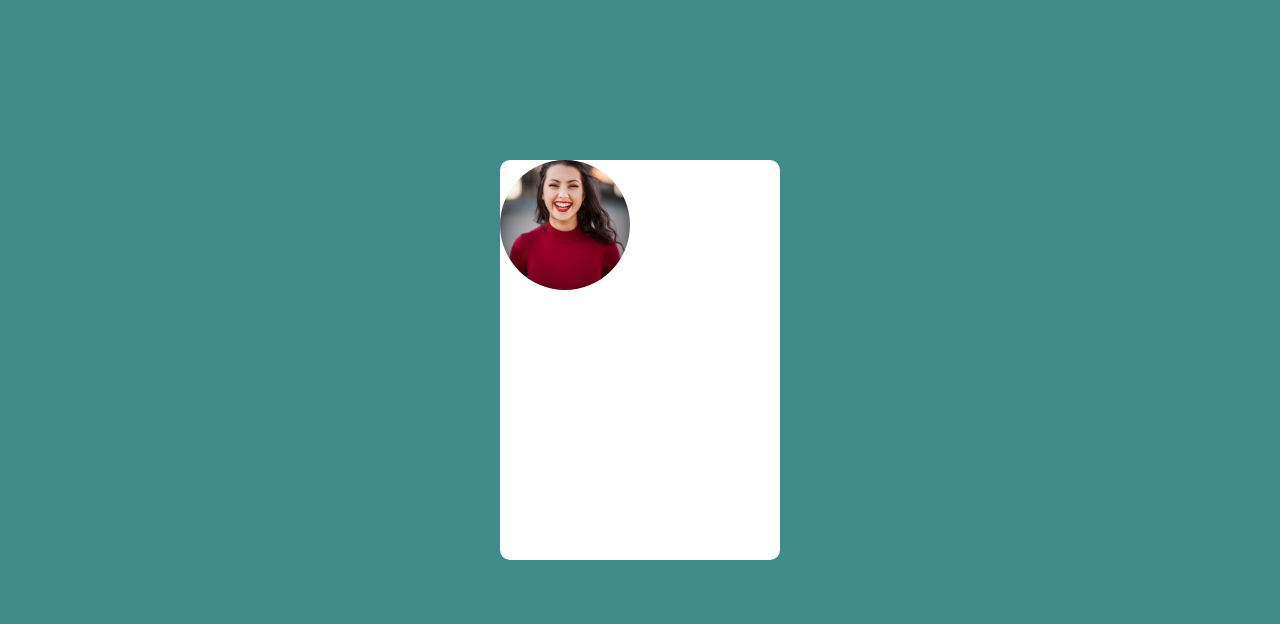
Repository: kiranjeetkaur01/instarequest.github.io
Page: index.html
The author's editor kept a copy of each file at every save. The page is drawn from the files as they stood at one save, then again after a run of saves.
The browser window is 1280 px wide. The pictures show the whole page.

Above is the page before, as saved 2023-09-12 19:34:16.

### index.html
<!DOCTYPE html>
<html lang="en">
<head>
    <meta charset="UTF-8">
    <meta name="viewport" content="width=device-width, initial-scale=1.0">
    <title>Insta Request Feature</title>
    <link rel="stylesheet" href="style.css">
</head>
<body>
    <div id="main">
        <div id="card">
            <img src="./photo-1494790108377-be9c29b29330.avif" alt="">
        </div>
    </div>

    <script src="script.js"></script>
</body>
</html>

### style.css
*{
    margin: 0;
    padding: 0;
    box-sizing: border-box;
}
html,body{
    height: 100%;
    width: 100%;
}
#main{
    height: 100%;
    width: 100%;
    background-color: rgb(62, 139, 139);
    display: flex;
    align-items: center;
    justify-content: center;
}
#card{
    height: 400px;
    width: 280px;
    background-color: #fff;
    border-radius: 10px;
}
#card img{
    height: 130px;
    width: 130px;
    object-fit: cover;
    border-radius: 50%;
}

Loaded but not shown: script.js (no copy from this time; the picture is the same without it)

After the next 2 saves:
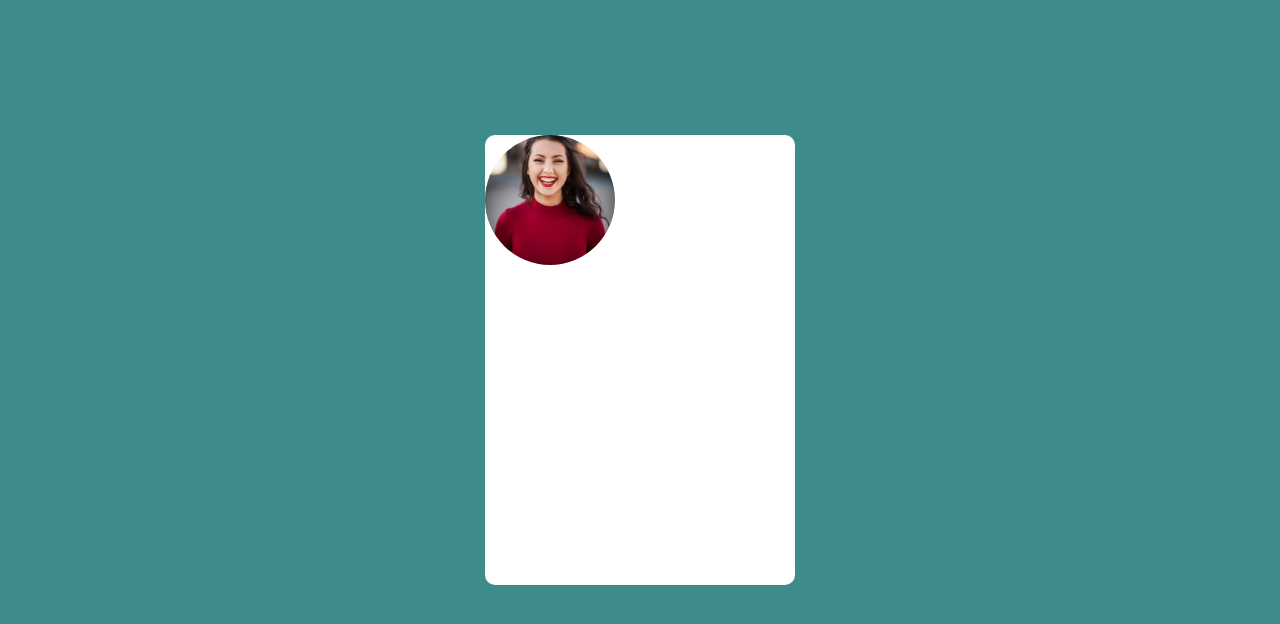
The 2 saves are shown as one change because they came seconds apart.
The last was saved 21 s later.
--- a/style.css
+++ b/style.css
@@ -16,8 +16,8 @@
     justify-content: center;
 }
 #card{
-    height: 400px;
-    width: 280px;
+    height: 450px;
+    width: 310px;
     background-color: #fff;
     border-radius: 10px;
 }
